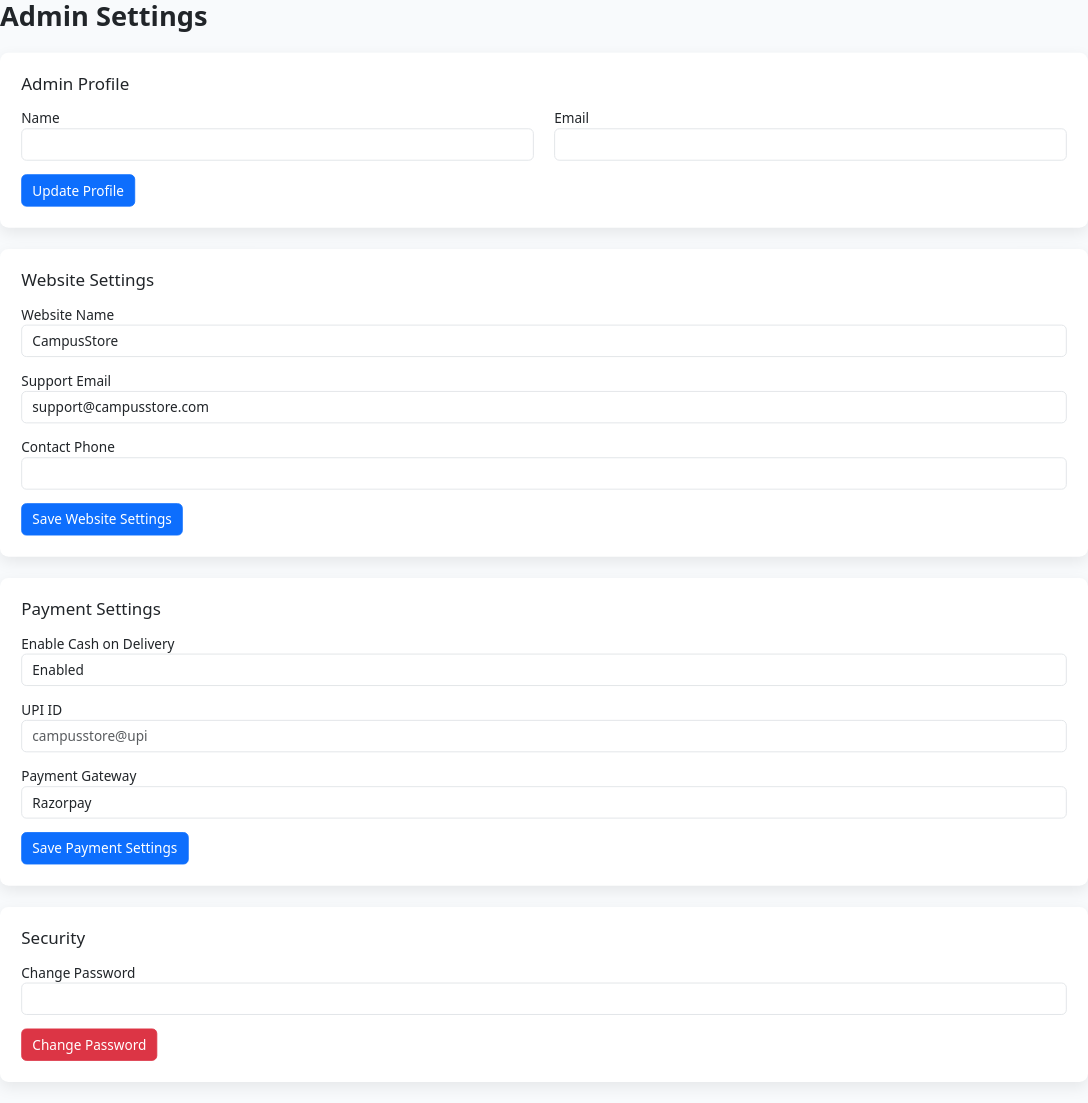
Repository: Kanika0004/CampusStore
Page: admin/settings.html
An editor plug-in stored every save of this project. The page is shown before and after the next save, followed by the edit.
The browser window is 1280 px wide. The pictures show the whole page, at 85% of full size.

Above is the page before, as saved 2026-03-18 21:38:50.

### admin/settings.html
<!DOCTYPE html>
<html>
<head>
<title>Admin Settings</title>

<link href="https://cdn.jsdelivr.net/npm/bootstrap@5.3.2/dist/css/bootstrap.min.css" rel="stylesheet">
<link rel="stylesheet" href="css/styles.css">

<!-- <style>

body{
background:#f8f9fa;
font-family:system-ui,-apple-system,"Segoe UI",Roboto;
}

.settings-container{
max-width:900px;
margin:60px auto;
}

.settings-card{
background:white;
padding:25px;
border-radius:10px;
box-shadow:0 6px 18px rgba(0,0,0,0.08);
margin-bottom:25px;
}

</style> -->

</head>

<body>

<div class="settings-container">

<h2 class="fw-bold mb-4">Admin Settings</h2>

<!-- ADMIN PROFILE -->

<div class="settings-card">

<h5 class="mb-3">Admin Profile</h5>

<div class="row">

<div class="col-md-6 mb-3">
<label>Name</label>
<input id="adminName" class="form-control">
</div>

<div class="col-md-6 mb-3">
<label>Email</label>
<input id="adminEmail" class="form-control">
</div>

</div>

<button class="btn btn-primary">Update Profile</button>

</div>


<!-- WEBSITE SETTINGS -->

<div class="settings-card">

<h5 class="mb-3">Website Settings</h5>

<div class="mb-3">
<label>Website Name</label>
<input class="form-control" value="CampusStore">
</div>

<div class="mb-3">
<label>Support Email</label>
<input class="form-control" value="support@campusstore.com">
</div>

<div class="mb-3">
<label>Contact Phone</label>
<input class="form-control">
</div>

<button class="btn btn-primary">Save Website Settings</button>

</div>


<!-- PAYMENT SETTINGS -->

<div class="settings-card">

<h5 class="mb-3">Payment Settings</h5>

<div class="mb-3">
<label>Enable Cash on Delivery</label>
<select class="form-control">
<option>Enabled</option>
<option>Disabled</option>
</select>
</div>

<div class="mb-3">
<label>UPI ID</label>
<input class="form-control" placeholder="campusstore@upi">
</div>

<div class="mb-3">
<label>Payment Gateway</label>
<select class="form-control">
<option>Razorpay</option>
<option>Stripe</option>
<option>PayPal</option>
</select>
</div>

<button class="btn btn-primary">Save Payment Settings</button>

</div>


<!-- SECURITY -->

<div class="settings-card">

<h5 class="mb-3">Security</h5>

<div class="mb-3">
<label>Change Password</label>
<input type="password" id="password" class="form-control">
</div>

<button class="btn btn-danger" onclick="updatePassword()">
Change Password
</button>

</div>

</div>


<script>

function updatePassword(){

let password=document.getElementById("password").value

fetch("backend/update_admin_password.php",{

method:"POST",

headers:{
"Content-Type":"application/x-www-form-urlencoded"
},

body:`password=${password}`

})
.then(res=>res.json())
.then(data=>{

if(data.status==="success"){
alert("Password updated successfully")
}

})

}

</script>

</body>
</html>

### admin/css/styles.css
/* ===== GLOBAL ADMIN STYLES ===== */

body {
  background: #f8fafc;
  font-family: system-ui, -apple-system, "Segoe UI", Roboto;
}

/* HEADINGS */
h2 {
  font-weight: 700;
  margin-bottom: 20px;
}

/* TABLE */
table {
  width: 100%;
  background: white;
  border-radius: 8px;
  overflow: hidden;
  box-shadow: 0 4px 12px rgba(0,0,0,0.08);
}

th {
  background: #0d6efd;
  color: white;
  font-weight: 600;
}

th, td {
  padding: 12px 14px;
  text-align: left;
}

tr:nth-child(even) {
  background: #f5f7fa;
}

/* BUTTON */
button {
  border: none;
  padding: 6px 12px;
  border-radius: 6px;
  font-size: 14px;
  cursor: pointer;
  transition: all 0.2s ease;
}

button:hover {
  opacity: 0.9;
  transform: translateY(-1px);
}

/* CARDS (for settings page) */
.settings-card {
  background: white;
  padding: 25px;
  border-radius: 10px;
  box-shadow: 0 6px 18px rgba(0,0,0,0.08);
  margin-bottom: 25px;
}

After the next save:
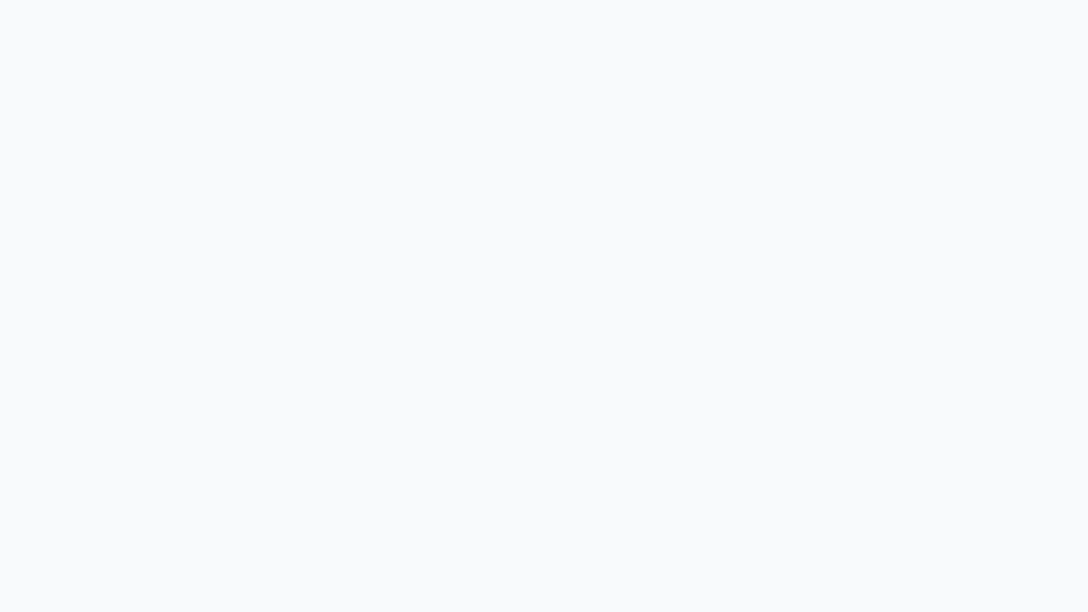
Saved 29 s later.
--- a/admin/settings.html
+++ b/admin/settings.html
@@ -32,143 +32,7 @@
 
 <body>
 
-<div class="settings-container">
 
-<h2 class="fw-bold mb-4">Admin Settings</h2>
-
-<!-- ADMIN PROFILE -->
-
-<div class="settings-card">
-
-<h5 class="mb-3">Admin Profile</h5>
-
-<div class="row">
-
-<div class="col-md-6 mb-3">
-<label>Name</label>
-<input id="adminName" class="form-control">
-</div>
-
-<div class="col-md-6 mb-3">
-<label>Email</label>
-<input id="adminEmail" class="form-control">
-</div>
-
-</div>
-
-<button class="btn btn-primary">Update Profile</button>
-
-</div>
-
-
-<!-- WEBSITE SETTINGS -->
-
-<div class="settings-card">
-
-<h5 class="mb-3">Website Settings</h5>
-
-<div class="mb-3">
-<label>Website Name</label>
-<input class="form-control" value="CampusStore">
-</div>
-
-<div class="mb-3">
-<label>Support Email</label>
-<input class="form-control" value="support@campusstore.com">
-</div>
-
-<div class="mb-3">
-<label>Contact Phone</label>
-<input class="form-control">
-</div>
-
-<button class="btn btn-primary">Save Website Settings</button>
-
-</div>
-
-
-<!-- PAYMENT SETTINGS -->
-
-<div class="settings-card">
-
-<h5 class="mb-3">Payment Settings</h5>
-
-<div class="mb-3">
-<label>Enable Cash on Delivery</label>
-<select class="form-control">
-<option>Enabled</option>
-<option>Disabled</option>
-</select>
-</div>
-
-<div class="mb-3">
-<label>UPI ID</label>
-<input class="form-control" placeholder="campusstore@upi">
-</div>
-
-<div class="mb-3">
-<label>Payment Gateway</label>
-<select class="form-control">
-<option>Razorpay</option>
-<option>Stripe</option>
-<option>PayPal</option>
-</select>
-</div>
-
-<button class="btn btn-primary">Save Payment Settings</button>
-
-</div>
-
-
-<!-- SECURITY -->
-
-<div class="settings-card">
-
-<h5 class="mb-3">Security</h5>
-
-<div class="mb-3">
-<label>Change Password</label>
-<input type="password" id="password" class="form-control">
-</div>
-
-<button class="btn btn-danger" onclick="updatePassword()">
-Change Password
-</button>
-
-</div>
-
-</div>
-
-
-<script>
-
-function updatePassword(){
-
-let password=document.getElementById("password").value
-
-fetch("backend/update_admin_password.php",{
-
-method:"POST",
-
-headers:{
-"Content-Type":"application/x-www-form-urlencoded"
-},
-
-body:`password=${password}`
-
-})
-.then(res=>res.json())
-.then(data=>{
-
-if(data.status==="success"){
-alert("Password updated successfully")
-}
-
-})
-
-}
-
-</script>
 
 </body>
 </html>

After the 4 saves that followed:
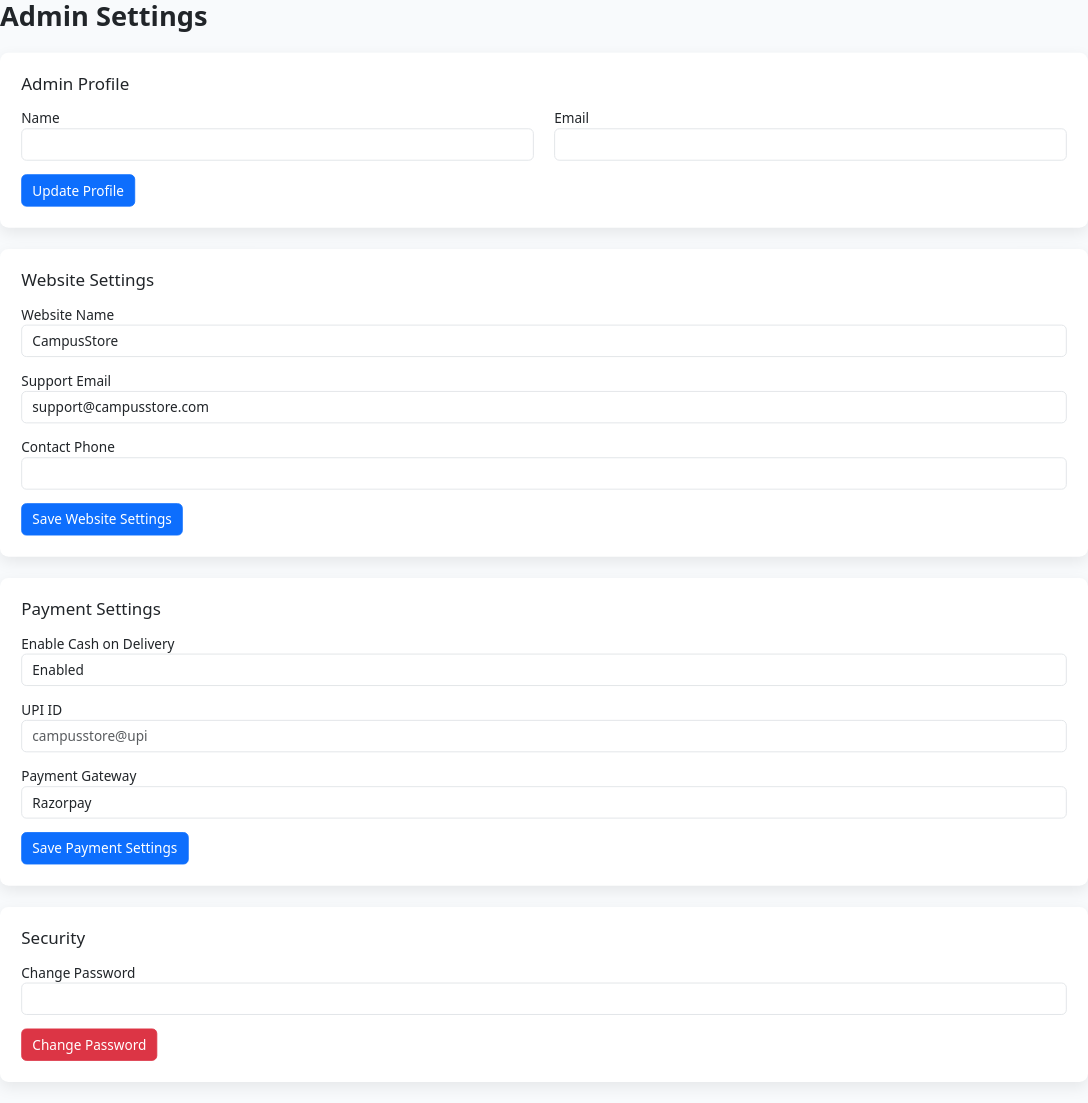
The 4 saves are shown as one change because they came seconds apart.
The last was saved 15 s later.
--- a/admin/settings.html
+++ b/admin/settings.html
@@ -32,7 +32,145 @@
 
 <body>
 
+<div class="container-padding">
+    <div class="settings-container">
 
+<h2 class="fw-bold mb-4">Admin Settings</h2>
+
+<!-- ADMIN PROFILE -->
+
+<div class="settings-card">
+
+<h5 class="mb-3">Admin Profile</h5>
+
+<div class="row">
+
+<div class="col-md-6 mb-3">
+<label>Name</label>
+<input id="adminName" class="form-control">
+</div>
+
+<div class="col-md-6 mb-3">
+<label>Email</label>
+<input id="adminEmail" class="form-control">
+</div>
+
+</div>
+
+<button class="btn btn-primary">Update Profile</button>
+
+</div>
+
+
+<!-- WEBSITE SETTINGS -->
+
+<div class="settings-card">
+
+<h5 class="mb-3">Website Settings</h5>
+
+<div class="mb-3">
+<label>Website Name</label>
+<input class="form-control" value="CampusStore">
+</div>
+
+<div class="mb-3">
+<label>Support Email</label>
+<input class="form-control" value="support@campusstore.com">
+</div>
+
+<div class="mb-3">
+<label>Contact Phone</label>
+<input class="form-control">
+</div>
+
+<button class="btn btn-primary">Save Website Settings</button>
+
+</div>
+
+
+<!-- PAYMENT SETTINGS -->
+
+<div class="settings-card">
+
+<h5 class="mb-3">Payment Settings</h5>
+
+<div class="mb-3">
+<label>Enable Cash on Delivery</label>
+<select class="form-control">
+<option>Enabled</option>
+<option>Disabled</option>
+</select>
+</div>
+
+<div class="mb-3">
+<label>UPI ID</label>
+<input class="form-control" placeholder="campusstore@upi">
+</div>
+
+<div class="mb-3">
+<label>Payment Gateway</label>
+<select class="form-control">
+<option>Razorpay</option>
+<option>Stripe</option>
+<option>PayPal</option>
+</select>
+</div>
+
+<button class="btn btn-primary">Save Payment Settings</button>
+
+</div>
+
+
+<!-- SECURITY -->
+
+<div class="settings-card">
+
+<h5 class="mb-3">Security</h5>
+
+<div class="mb-3">
+<label>Change Password</label>
+<input type="password" id="password" class="form-control">
+</div>
+
+<button class="btn btn-danger" onclick="updatePassword()">
+Change Password
+</button>
+
+</div>
+
+</div>
+
+
+<script>
+
+function updatePassword(){
+
+let password=document.getElementById("password").value
+
+fetch("backend/update_admin_password.php",{
+
+method:"POST",
+
+headers:{
+"Content-Type":"application/x-www-form-urlencoded"
+},
+
+body:`password=${password}`
+
+})
+.then(res=>res.json())
+.then(data=>{
+
+if(data.status==="success"){
+alert("Password updated successfully")
+}
+
+})
+
+}
+
+</script>
+</div>
 
 </body>
 </html>
